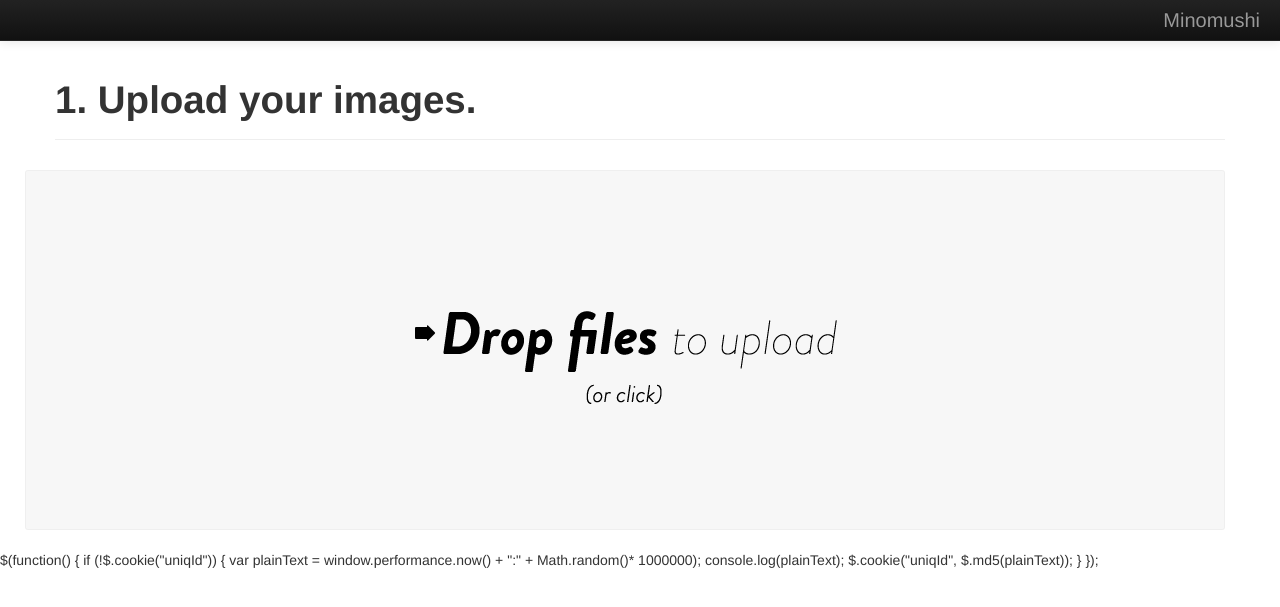
Repository: techiela/minomushi
Page: client/index.html
The author's editor kept a record of every edit. The page is drawn from the files as they stood at one moment, then again after the next edit.
The browser window is 1280 px wide. The pictures show the whole page.

Above is the page before.

After the next edit:
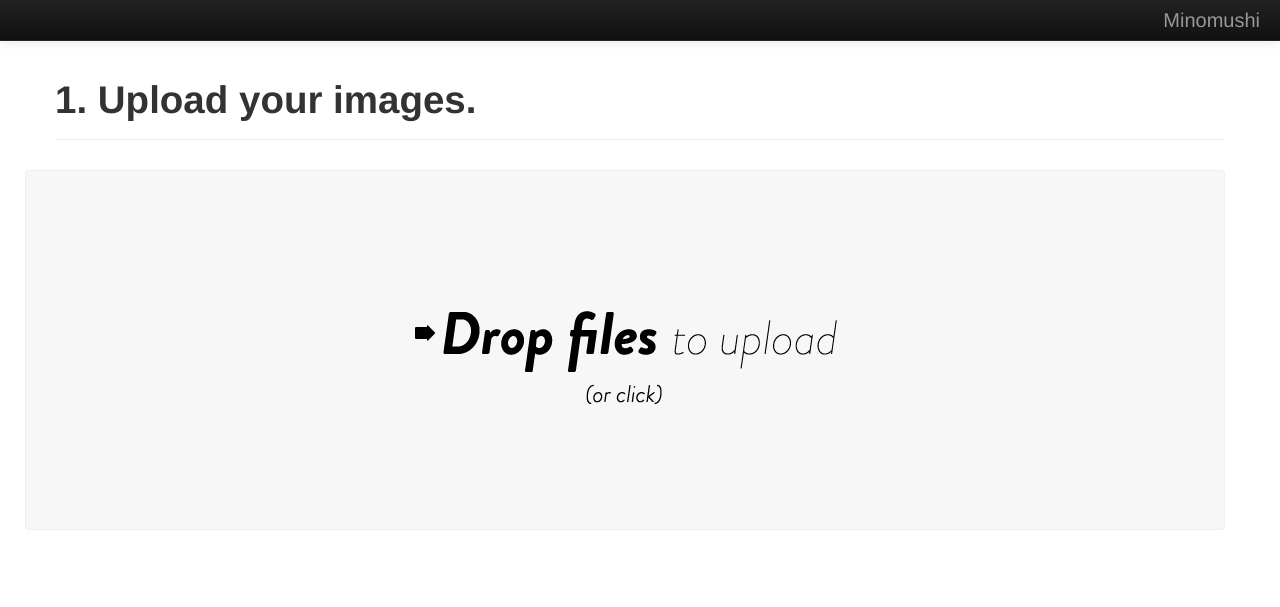
The edit:
--- a/client/index.html
+++ b/client/index.html
@@ -97,7 +97,7 @@
   <script src="/js/bootstrap.min.js"></script>
   <script src="/js/angular.min.js"></script>
   <script src="/js/dropzone.js"></script>
-  <scropt>
+  <script>
     $(function() {
       if (!$.cookie("uniqId")) {
         var plainText = window.performance.now() + ":" + Math.random()* 1000000);
